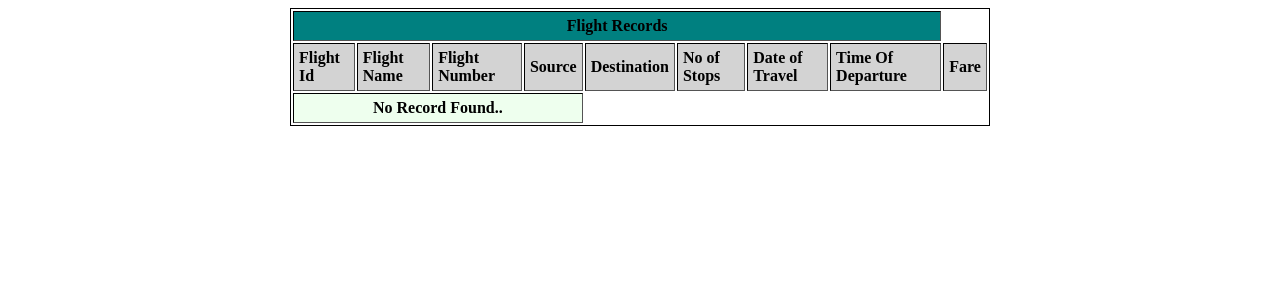
Repository: pawankas/Java_Mini_Project
Page: http://localhost/AirReservation/Search
The author's editor kept a copy of each file at every save. The page is drawn from the files as they stood at one save, then again after the next save.
The browser window is 1280 px wide. The pictures show the whole page.
The page is served by Tomcat 9. Queries for data that is not in the repository find no rows.

Above is the page before, as saved 2022-03-17 17:38:12.

After the next save:
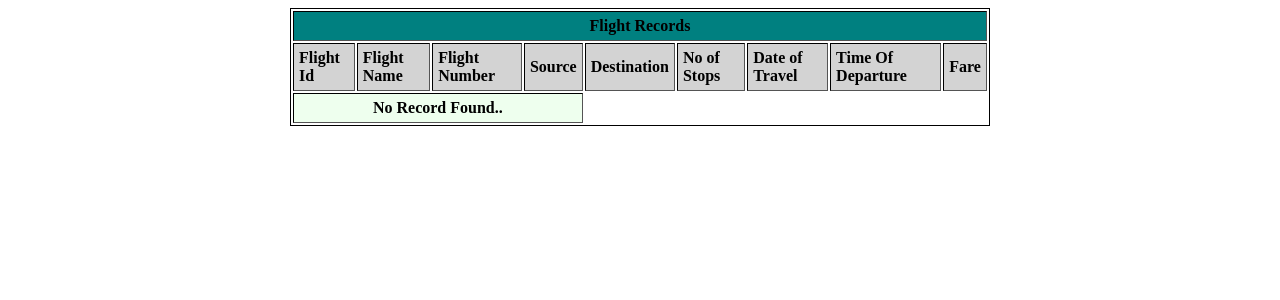
Saved 7 s later.
--- a/Mini_Project_Java/AirReservation/WebContent/SearchView.jsp
+++ b/Mini_Project_Java/AirReservation/WebContent/SearchView.jsp
@@ -8,7 +8,7 @@
         <table width="700px" align="center" border="1" cellpadding="5"
                style="border:1px solid #000000;">
             <tr>
-                <td colspan=8 align="center"
+                <td colspan=9 align="center"
                     style="background-color:teal">
                     <b>Flight Records</b></td>
             </tr>
